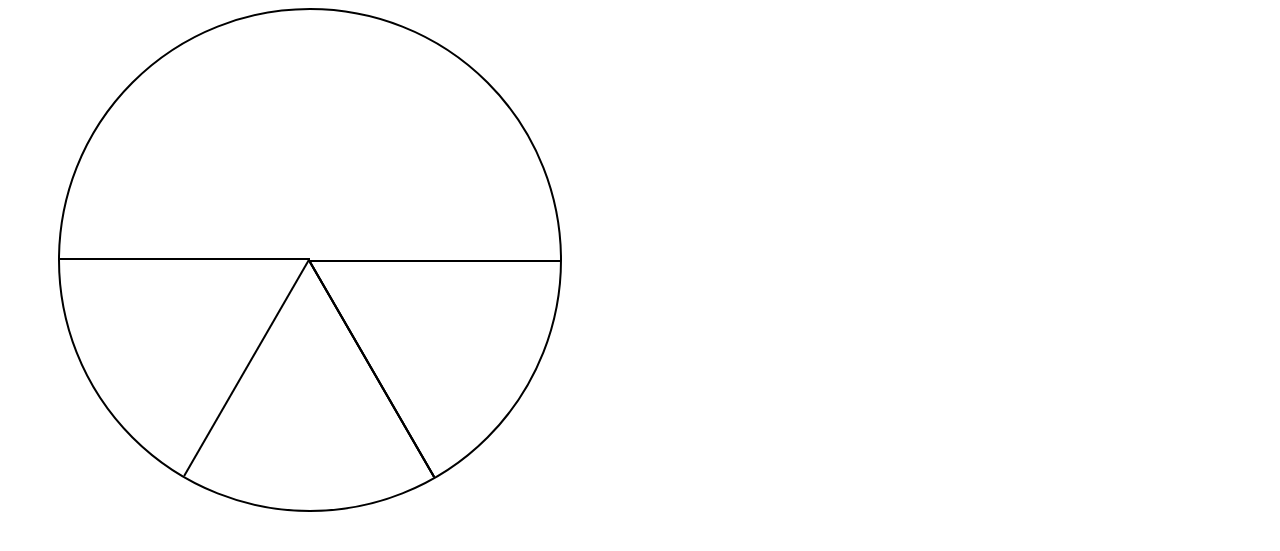
Repository: Lungdjos/ferris_wheel
Page: index.html
These files come from the project's save history. The page is drawn as it stood at one moment and after the next save; the edit follows.
The browser window is 1280 px wide. The pictures show the whole page.

Above is the page before, as saved 2024-01-11 08:52:58.

After the next save:
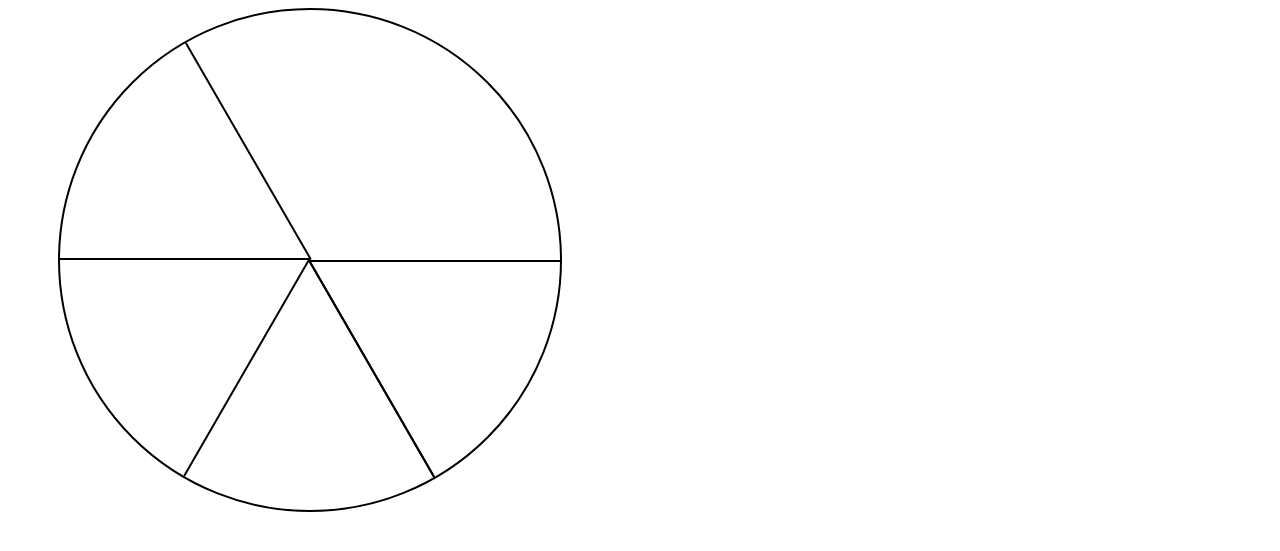
Saved 6 s later.
--- a/styles.css
+++ b/styles.css
@@ -32,7 +32,7 @@
 }
 
 .line:nth-of-type(5) {
-    transform: rotate(60deg);
+    transform: rotate(240deg);
 }
 
 .line:nth-of-type(6) {
